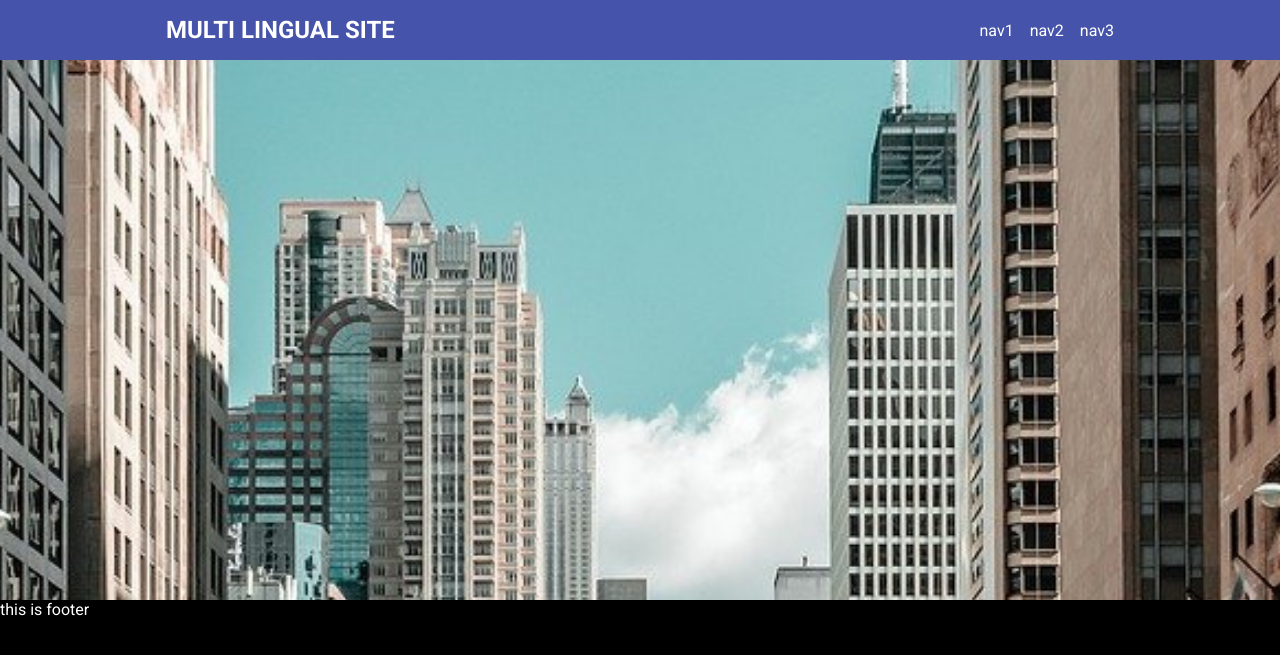
Repository: ksbsh27/multi_lingual
Page: index.html
The author's editor kept a copy of each file at every save. The page is drawn from the files as they stood at one save, then again after the next save.
The browser window is 1280 px wide. The pictures show the whole page.
The style sheet was rebuilt from its Sass, Less or Tailwind sources for each picture, by a compiler version that may differ from the author's.

Above is the page before, as saved 2022-03-31 23:15:14.

### index.html
<!DOCTYPE html>
<html lang="jp">
<head>
    <meta charset="UTF-8">
    <meta http-equiv="X-UA-Compatible" content="IE=edge">
    <meta name="viewport" content="width=device-width, initial-scale=1.0">
    <title>develop</title>
    <link rel="stylesheet" href="./css/style.css">
</head>
<body>
    <header>
        <nav>
            <h1>MULTI LINGUAL SITE</h1>
            <ul>
                <li>nav1</li>
                <li>nav2</li>
                <li>nav3</li>
            </ul>
        </nav>
    </header>
    <main>
        <div class="mv_images">
            <img src="images/img01.jpg" alt="japan">
            <img src="images/img02.jpg" alt="america">
            <img src="images/img03.jpg" alt="china">
            <img src="images/img04.jpg" alt="itaria">
            <img src="images/img05.jpg" alt="germany">
            <img src="images/img06.jpg" alt="korea">
        </div>
    </main>
    <footer>this is footer</footer>
    <script type="text/javascript" src="js/script.js"></script>
</body>
</html>

### js/script.js

//time
$timer = 3000;
// element
$images = document.querySelectorAll("img");
// first image
$images[0].classList.add('show');

//img number
$imgNum = 0;
function showImg(){
    //all image '.show' reset
    for($i=0; $i < $images.length; $i++){
        $images[$i].classList.remove('show');
    }

    //imgNumber last?
    if($imgNum == $images.length -1){
        $imgNum = 0;
    }else{
        $imgNum++;
    }

    //now imgNumber add '.show'
    $images[$imgNum].classList.add('show');
    showImgTimer();
}

//timerFunction
function showImgTimer () {
    setTimeout(showImg, $timer);
}
showImgTimer();

### sass/style.scss
@import "./_header";
@import "./_footer";
@import url("https://fonts.googleapis.com/css2?family=Roboto:wght@400;700&display=swap");

* {
  padding: 0;
  margin: 0;
  list-style: none;
  box-sizing: border-box;
}

body {
  color: #333;
  background: #333;
  font-family: "roboto";
}

main {
  background: #fff;
  height: calc(100vh - #{$header-height} - #{$footer_height});
  .mv_images{
    width: 100%;
    height: 100%;
    overflow: hidden;
    position: relative;
    z-index: 3;
    img{
      width: auto;
      min-height: 100%;
      position: absolute;
      top: 0;
      left: 0;
      opacity: 0;
      transition: 2s ease-in-out;
      transform: scale(2);
      // transform:scaleY(20px);
      z-index: 2;
      &.show{
        opacity: 1;
        z-index: 1;
        transform: scale(2.2);

      }
    }
  }
}

### sass/_header.scss
$header-height : 60px;
header{
    color: #fff;
    background: rgb(69, 84, 170);
    nav{
        max-width: 980px;
        margin: 0 auto;
        padding: 0 16px;
        height: $header-height;
        display: flex;
        align-items: center;
        justify-content: space-between;
        ul{
            display: flex;
            li{
                margin-right: 16px;
                &:last-child{
                    margin-right: 0;
                }
            }
        }
    }
}

### sass/_footer.scss
$footer_height : 120px;
footer{
    color: #fff;
    background: rgb(0, 0, 0);
    height: 120px;
}

After the next save:
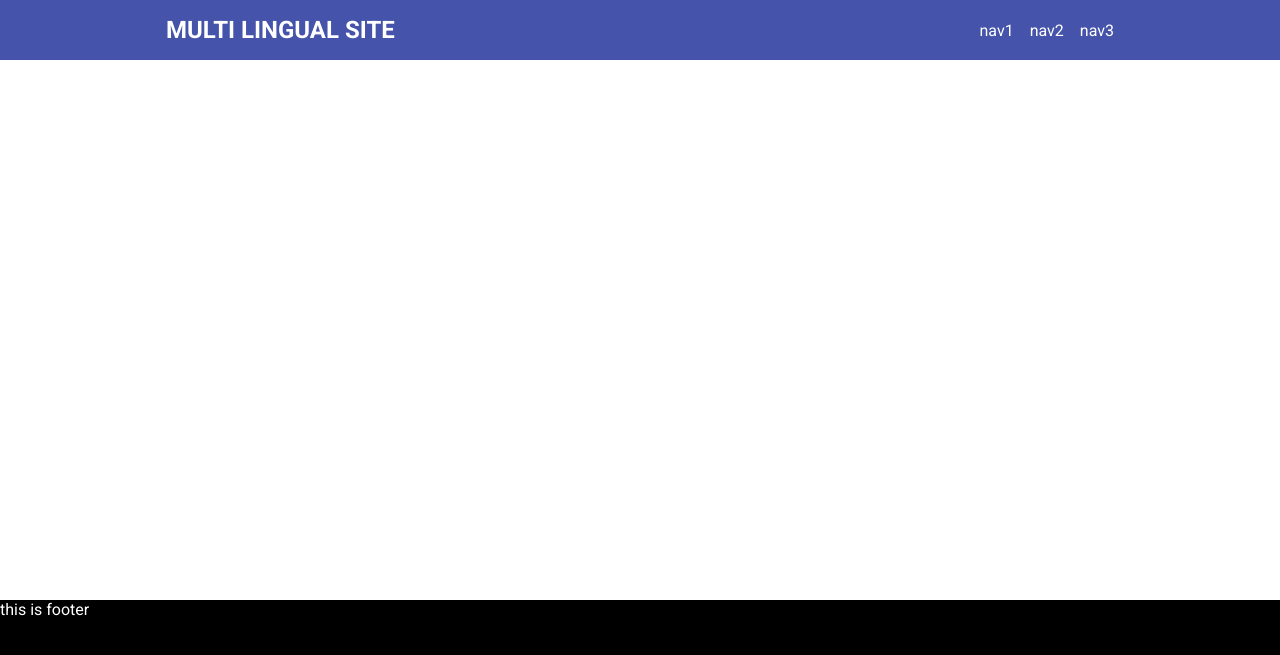
Saved 8 s later.
--- a/sass/style.scss
+++ b/sass/style.scss
@@ -23,7 +23,7 @@
     height: 100%;
     overflow: hidden;
     position: relative;
-    z-index: 3;
+    z-index: -1;
     img{
       width: auto;
       min-height: 100%;

After the save that followed:
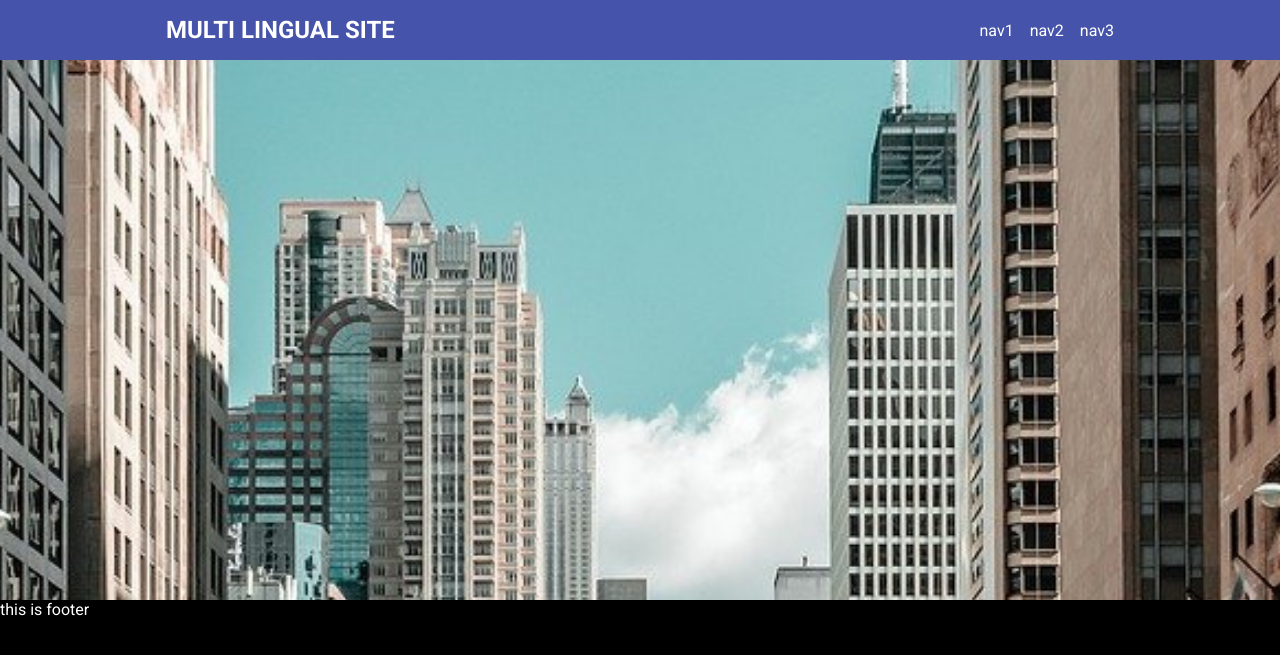
Saved 7 s later.
--- a/sass/style.scss
+++ b/sass/style.scss
@@ -23,7 +23,7 @@
     height: 100%;
     overflow: hidden;
     position: relative;
-    z-index: -1;
+    z-index: 3;
     img{
       width: auto;
       min-height: 100%;
